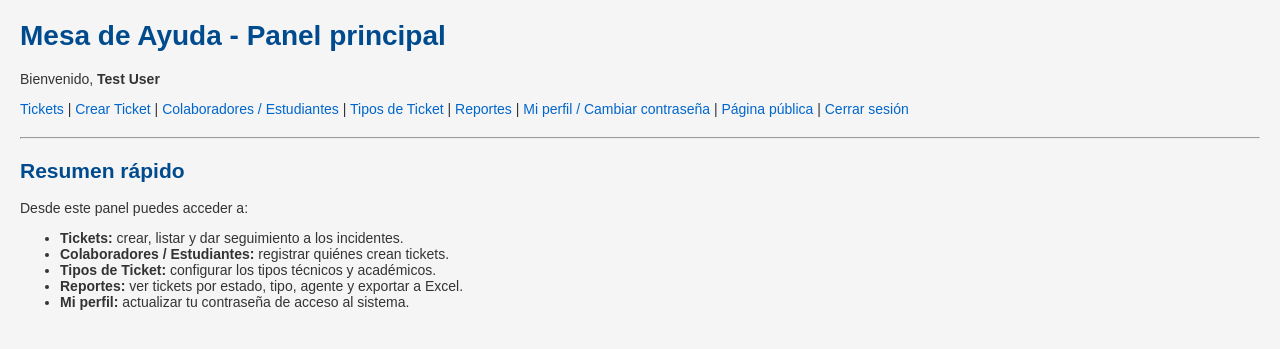
Repository: eleazarrrg/Proyecto-Mesa-Ayuda
Page: http://localhost/mesa-ayuda/dashboard.php
The author's editor kept a copy of each file at every save. The page is drawn from the files as they stood at one save, then again after the next save.
The browser window is 1280 px wide. The pictures show the whole page.
The page is run by PHP 8.4 with error messages shown; the project is at /var/www/html/. The session is filled in as if someone had signed in: {"user_id": 1, "user_name": "Test User", "role_id": 1}.

Above is the page before, as saved 2025-11-30 19:28:20.

After the next save:
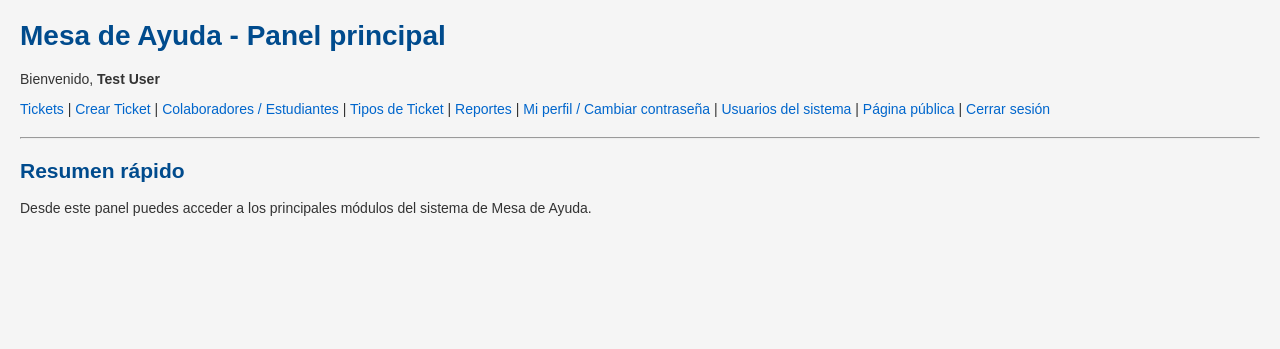
Saved 56 s later.
--- a/public/dashboard.php
+++ b/public/dashboard.php
@@ -8,6 +8,7 @@ if (!isset($_SESSION['user_id'])) {
 }
 
 $nombreUsuario = $_SESSION['user_name'] ?? 'Usuario';
+$roleId        = $_SESSION['role_id'] ?? null;
 ?>
 <!DOCTYPE html>
 <html lang="es">
@@ -27,21 +28,17 @@ $nombreUsuario = $_SESSION['user_name'] ?? 'Usuario';
         <a href="colaboradores.php">Colaboradores / Estudiantes</a> |
         <a href="tipos_ticket.php">Tipos de Ticket</a> |
         <a href="reportes.php">Reportes</a> |
-        <a href="perfil.php">Mi perfil / Cambiar contraseña</a> |
-        <a href="public_home.php">Página pública</a> |
+        <a href="perfil.php">Mi perfil / Cambiar contraseña</a>
+        <?php if ($roleId == 1): ?>
+            | <a href="usuarios.php">Usuarios del sistema</a>
+        <?php endif; ?>
+        | <a href="public_home.php">Página pública</a> |
         <a href="logout.php">Cerrar sesión</a>
     </p>
 
     <hr>
 
     <h2>Resumen rápido</h2>
-    <p>Desde este panel puedes acceder a:</p>
-    <ul>
-        <li><strong>Tickets:</strong> crear, listar y dar seguimiento a los incidentes.</li>
-        <li><strong>Colaboradores / Estudiantes:</strong> registrar quiénes crean tickets.</li>
-        <li><strong>Tipos de Ticket:</strong> configurar los tipos técnicos y académicos.</li>
-        <li><strong>Reportes:</strong> ver tickets por estado, tipo, agente y exportar a Excel.</li>
-        <li><strong>Mi perfil:</strong> actualizar tu contraseña de acceso al sistema.</li>
-    </ul>
+    <p>Desde este panel puedes acceder a los principales módulos del sistema de Mesa de Ayuda.</p>
 </body>
 </html>
